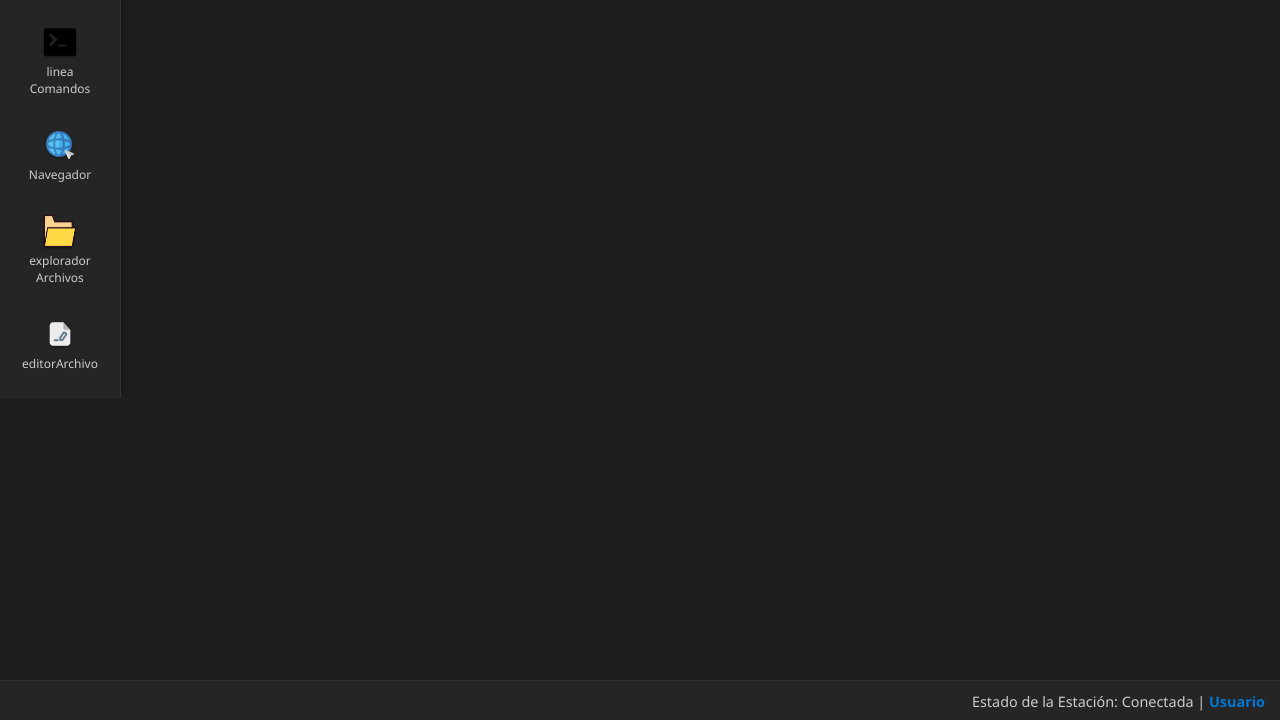
Repository: ValdezGalia/ProgramacionWebUcab
Page: lan-01.html
These files come from the project's save history. The page is drawn as it stood at one moment and after the next save; the edit follows.
The browser window is 1280 px wide. The pictures show the whole page.

Above is the page before, as saved 2025-11-13 17:38:20.
Console error: TypeError: Cannot read properties of null (reading 'addEventListener')

After the next save:
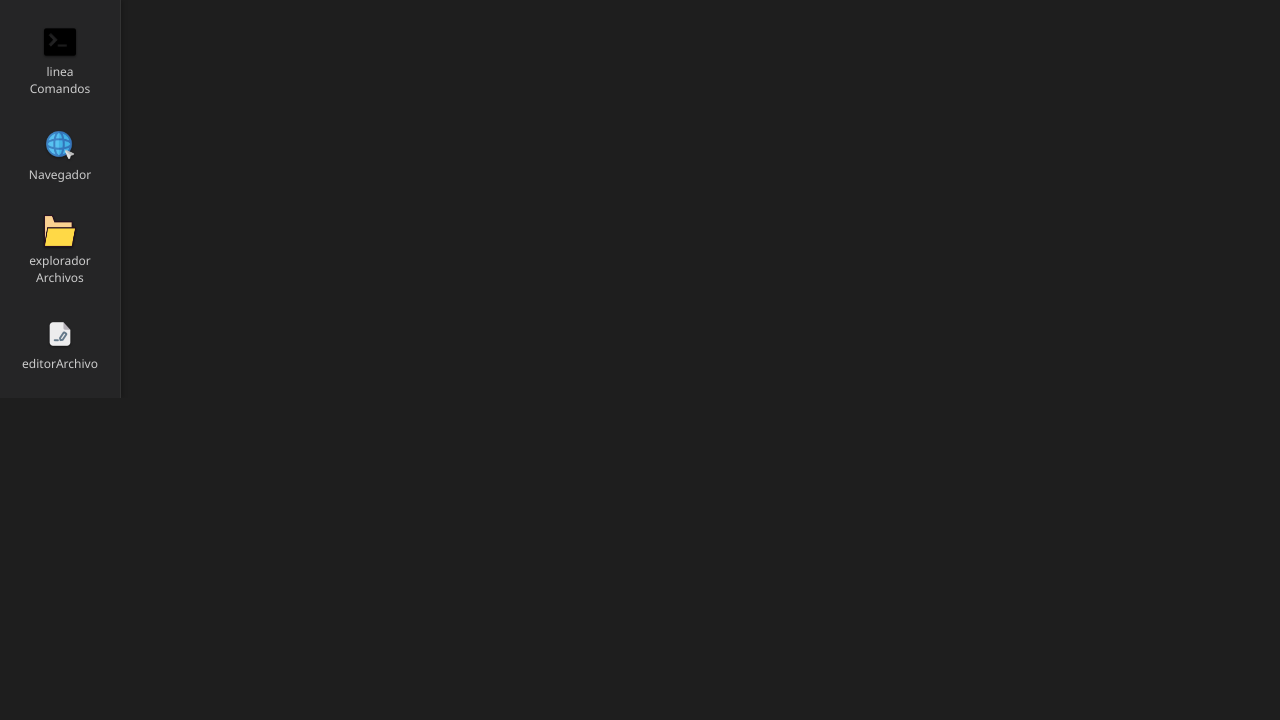
Saved 7 s later.
--- a/style/lan-01.css
+++ b/style/lan-01.css
@@ -23,7 +23,7 @@ html, body {
 #workstation-container {
     display: flex;
     flex-direction: column; /* Navegación a la izquierda, área de trabajo a la derecha */
-    height: calc(100vh - 40px); /* 100% del alto menos el footer */
+    min-height: calc(100vh - 40px); /* 100% del alto menos el footer */
 }
 
 #app-navigation {
